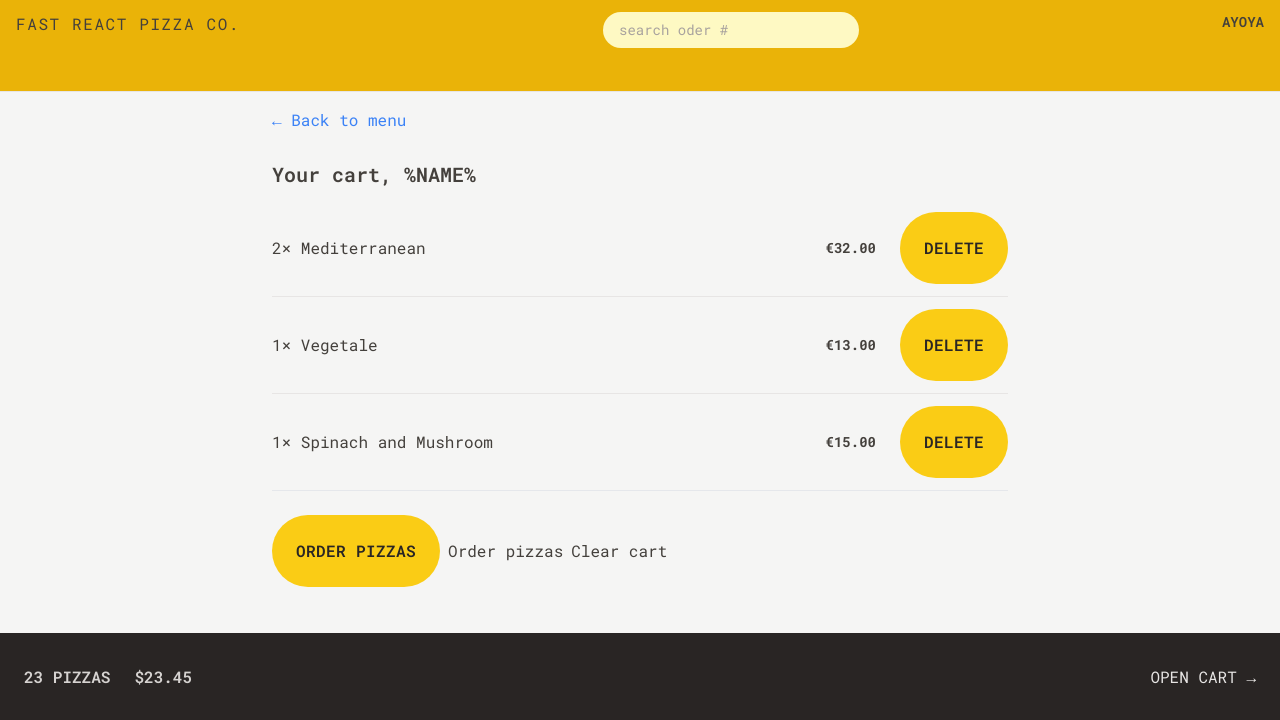
Repository: ayakhaled0001/pizza-delivery
Page: /cart
The author's editor kept a copy of each file at every save. The page is drawn from the files as they stood at one save, then again after the next save.
The browser window is 1280 px wide. The pictures show the whole page.
The project was rebuilt for these pictures with package versions that can differ from the ones it lists, and the page was loaded fresh each time. Also part of the build but not shown: vite.config.js, src/features/user/CreateUser.jsx, src/ui/Home.jsx, src/services/apiRestaurant.jsx, src/features/menu/MenuItem.jsx, src/features/menu/Menu.jsx, src/features/order/Order.jsx, src/ui/Loader.jsx and 1 more. Imported but missing from the stored project, and not drawn on this page: src/features/order/CreateOrder.

Above is the page before, as saved 2025-05-01 15:30:10.

### index.html
<!DOCTYPE html>
<html lang="en">
  <head>
    <meta charset="UTF-8" />
    <link rel="icon" type="image/svg+xml" href="/vite.svg" />
    <meta name="viewport" content="width=device-width, initial-scale=1.0" />
    <link rel="preconnect" href="https://fonts.googleapis.com" />
    <link rel="preconnect" href="https://fonts.gstatic.com" crossorigin />
    <link
      href="https://fonts.googleapis.com/css2?family=Roboto+Mono:ital,wght@0,100..700;1,100..700&display=swap"
      rel="stylesheet" />
    <title>Vite + React</title>
  </head>
  <body class="bg-stone-100 text-stone-700">
    <div id="root"></div>
    <script type="module" src="/src/main.jsx"></script>
  </body>
</html>

### src/App.jsx
import { createBrowserRouter, RouterProvider } from "react-router-dom";
import Home from "./ui/Home";
import Menu, { loader as menuLoader } from "./features/menu/Menu";
import Cart from "./features/cart/Cart";
import CreateOrder, {
  action as CreateOrderAction,
} from "./features/order/CreateOrder";
import Order, { loader as orderLoader } from "./features/order/Order";
import AppLayout from "./ui/AppLayout";
import Error from "./ui/Error";
const router = createBrowserRouter([
  {
    element: <AppLayout />,
    children: [
      { path: "/", element: <Home /> },
      {
        path: "/menu",
        element: <Menu />,
        loader: menuLoader,
        errorElement: <Error />,
      },
      { path: "/cart", element: <Cart /> },
      {
        path: "/order/new",
        element: <CreateOrder />,
        action: CreateOrderAction,
      },
      {
        path: "/order/:orderId",
        element: <Order />,
        loader: orderLoader,
        errorElement: <Error />,
      },
    ],
  },
]);
function App() {
  return <RouterProvider router={router} />;
}

export default App;

### src/index.css
@tailwind base;
@tailwind components;
@tailwind utilities;

@layer components {
  .input {
    @apply w-full rounded-full border
    border-stone-200
    px-4 py-2 text-sm transition-all
    duration-300 focus:outline-none
    focus:ring focus:ring-yellow-400
    md:px-5;
  }

  .loader {
    width: 45px;
    aspect-ratio: 0.75;
    --c: no-repeat linear-gradient(theme(colors.stone.700) 0 0);
    background: var(--c) 0% 50%, var(--c) 50% 50%, var(--c) 100% 50%;
    background-size: 20% 50%;
    animation: loading 1s infinite linear;
  }

  @keyframes loading {
    20% {
      background-position: 0% 0%, 50% 50%, 100% 50%;
    }
    40% {
      background-position: 0% 100%, 50% 0%, 100% 50%;
    }
    60% {
      background-position: 0% 50%, 50% 100%, 100% 0%;
    }
    80% {
      background-position: 0% 50%, 50% 50%, 100% 100%;
    }
  }
}

/* body {
  font-family: system-ui, -apple-system, BlinkMacSystemFont, "Segoe UI", Roboto,
    Oxygen, Ubuntu, Cantarell, "Open Sans", "Helvetica Neue", sans-serif;
  background-color: #f7f7f7;
  color: #444;
}

.layout {
  display: grid;
  grid-template-rows: auto 1fr auto;
  gap: 32px;
  height: 100dvh;
} */

/* https://dev.to/afif/i-made-100-css-loaders-for-your-next-project-4eje */

### src/features/cart/Cart.jsx
import { Link } from "react-router-dom";
import LinkButton from "../../ui/LinkButton";
import Button from "../../ui/Button";
import CartItem from "./CartItem";

const fakeCart = [
  {
    pizzaId: 12,
    name: "Mediterranean",
    quantity: 2,
    unitPrice: 16,
    totalPrice: 32,
  },
  {
    pizzaId: 6,
    name: "Vegetale",
    quantity: 1,
    unitPrice: 13,
    totalPrice: 13,
  },
  {
    pizzaId: 11,
    name: "Spinach and Mushroom",
    quantity: 1,
    unitPrice: 15,
    totalPrice: 15,
  },
];

function Cart() {
  const cart = fakeCart;

  return (
    <div className="px-4 py-4">
      <LinkButton to="/menu">&larr; Back to menu</LinkButton>

      <h2 className="mt-7 text-xl font-semibold">Your cart, %NAME%</h2>
      <ul className="divide-y divide-stone-200 border-b mt-3 ">
        {cart.map((item) => (
          <CartItem key={item.key} item={item} />
        ))}
      </ul>
      <div className="mt-6 space-x-2">
        <Button to="/order/new">Order pizzas</Button>
        <Link>Order pizzas</Link>
        <button>Clear cart</button>
      </div>
    </div>
  );
}

export default Cart;

### src/ui/AppLayout.jsx
import Header from "./Header";
import CartOverview from "../features/cart/CartOverview";
import { Outlet, useNavigation } from "react-router-dom";
import Loader from "./Loader";

function AppLayout() {
  const navigation = useNavigation();
  const isLoading = navigation.state === "loading";
  console.log(navigation.state);
  return (
    <div className="grid h-screen grid-row-[auto_1fr_auto]">
      {isLoading && <Loader />}

      <Header />
      <div className="">
        <main className="max-w-3xl mx-auto">
          <Outlet />
        </main>
      </div>
      <CartOverview />
    </div>
  );
}

export default AppLayout;

### src/ui/LinkButton.jsx
import { Link, useNavigate } from "react-router-dom";

function LinkButton({ children, to }) {
  const navigate = useNavigate();
  if (to === -1)
    return (
      <button
        onClick={() => navigate(-1)}
        className="tex-sm text-blue-500 hover:text-blue-700 hover:underline">
        {children}
      </button>
    );
  return (
    <Link
      to={to}
      className="tex-sm text-blue-500 hover:text-blue-700 hover:underline">
      {children}
    </Link>
  );
}

export default LinkButton;

### src/ui/Button.jsx
import { Link } from "react-router-dom";

function Button({ disabled, children, to }) {
  const className = `bg-yellow-400 uppercase font-semibold
    text-stone-800 py-3 px-4
     inline-block tracking-wide
     rounded-full hover:bg-yellow-300  transition-all duration-300
    focus:outline-none focus:ring focus:ring-yellow-300 focus:ring-offset-2
    disabled:cursor-not-allowed sm:px-6 sm:py-6`;
  if (to)
    return (
      <Link to={to} className={className}>
        {children}
      </Link>
    );
  return (
    <button disabled={disabled} className={className}>
      {children}
    </button>
  );
}

export default Button;

### src/features/cart/CartItem.jsx
import Button from "../../ui/Button";
import { formatCurrency } from "../../utilities/helpers";

function CartItem({ item }) {
  const { pizzaId, name, quantity, totalPrice } = item;

  return (
    <li className="py-3 sm:flex sm:items-center sm:justify-between">
      <p className="mb-1 sm:mb-0">
        {quantity}&times; {name}
      </p>
      <div className="flex justify-between items-center sm:gap-6">
        <p className="text-sm font-bold">{formatCurrency(totalPrice)}</p>
        <Button>Delete</Button>
      </div>
    </li>
  );
}

export default CartItem;

### src/ui/Header.jsx
import { Link } from "react-router-dom";
import SearchOrder from "../features/order/SearchOrder.jsx";
import UserName from "../features/user/UserName.jsx";

function Header() {
  return (
    <header className=" flex justify-between bg-yellow-500 px-4 py-3 uppercase border-b border-stone-200">
      <Link to="/" className="tracking-widest">
        Fast React Pizza Co.
      </Link>
      <SearchOrder />
      <UserName />
    </header>
  );
}

export default Header;

### src/features/cart/CartOverview.jsx
import { Link } from "react-router-dom";

function CartOverview() {
  return (
    <div
      className="bg-stone-800 text-stone-200 uppercase p-4 sm:px-6 px-4 py-4
    md:text-base flex items-center justify-between">
      <p className="text-stone-300 sm:space-x-6 font-semibold space-x-4">
        <span>23 pizzas</span>
        <span>$23.45</span>
      </p>
      <Link to="/cart">Open cart &rarr;</Link>
    </div>
  );
}

export default CartOverview;

### src/features/order/SearchOrder.jsx
import { useState } from "react";
import { useNavigate } from "react-router-dom";

function SearchOrder() {
  const [query, setQuery] = useState("");
  const navigate = useNavigate();
  function handleSubmit(e) {
    e.preventDefault();
    if (!query) return;
    navigate(`/order/${query}`);
    setQuery("");
  }
  return (
    <form onSubmit={handleSubmit}>
      <input
        placeholder="search oder #"
        value={query}
        onChange={(e) => setQuery(e.target.value)}
        className="duration-300 sm:w-64 focus:outline-none focus:ring
         focus:ring-yellow-500 focus:ring-opacity-50  sm:focus:w-72 transition-all w-28
         bg-yellow-100 rounded-full px-4 py-2 text-sm placeholder:text-stone-400"
      />
    </form>
  );
}

export default SearchOrder;

### src/features/user/UserName.jsx
function UserName() {
  return <div className="hidden md:block text-sm font-semibold">ayoya</div>;
}

export default UserName;

### tailwind.config.js
/** @type {import('tailwindcss').Config} */
export default {
  content: ["./index.html", "./src/**/*.{js,jsx,ts,tsx}"],
  theme: {
    fontFamily: {
      sans: "Roboto Mono , monospace",
    },
    extend: {
      fontSize: {
        huge: ["80rem", { lineHeight: "1" }],
      },
      height: {
        screen: "100dvh",
      },
    },
  },
  plugins: [],
};

Loaded but not shown: src/main.jsx (common file); src/utilities/helpers.jsx (common file)

After the next save:
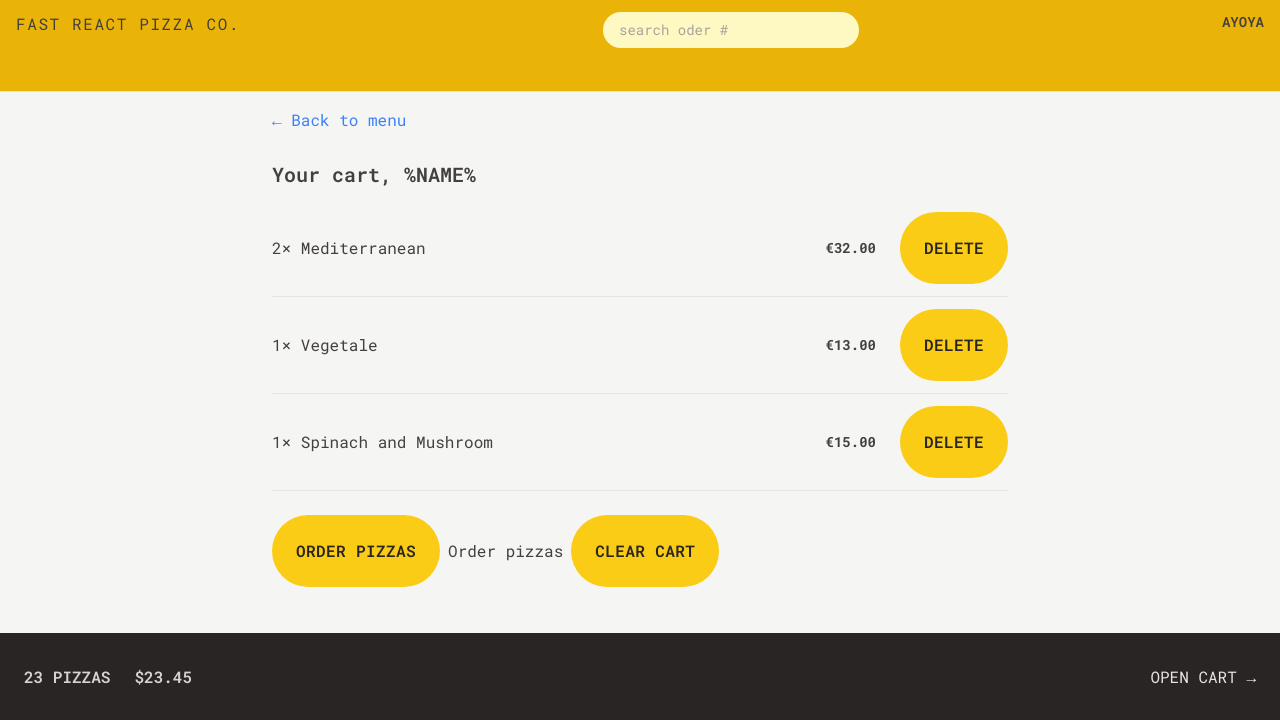
Saved 41 s later.
--- a/src/features/cart/Cart.jsx
+++ b/src/features/cart/Cart.jsx
@@ -43,7 +43,8 @@ function Cart() {
       <div className="mt-6 space-x-2">
         <Button to="/order/new">Order pizzas</Button>
         <Link>Order pizzas</Link>
-        <button>Clear cart</button>
+        <Button>Clear cart</Button>
+        <button></button>
       </div>
     </div>
   );
